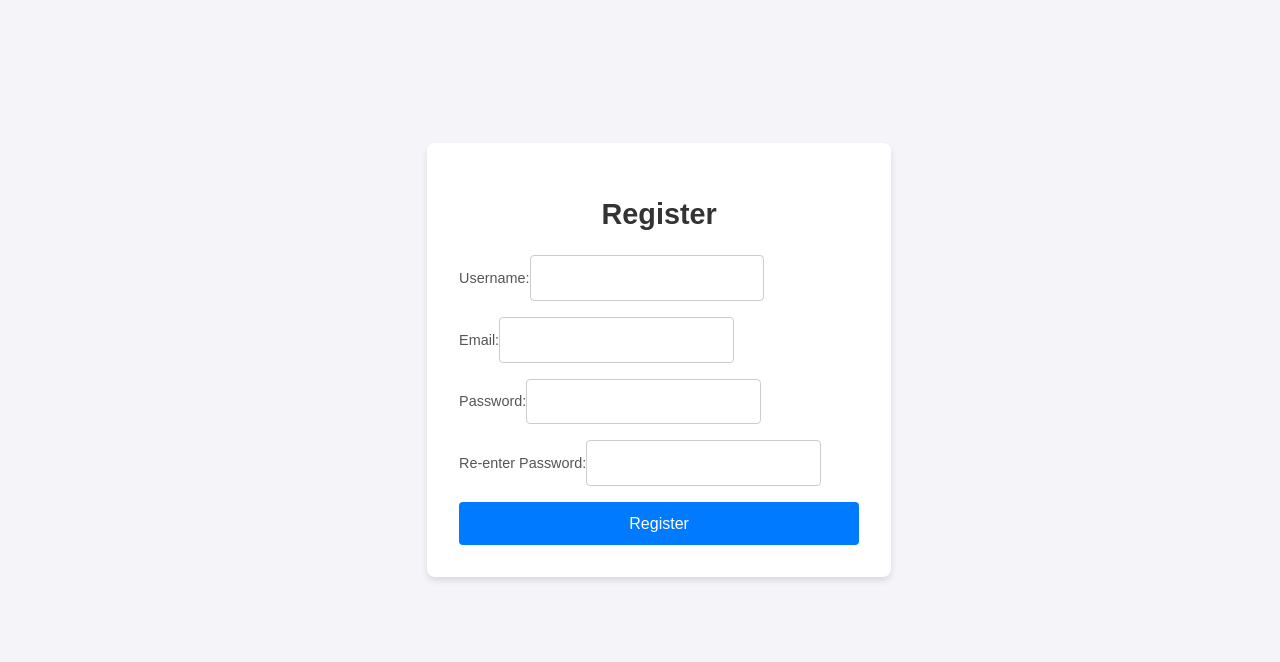
Repository: Nuttawut-Amattong/outtrip
Page: /register (app in OutTrip/)
An editor plug-in stored every save of this project. The page is shown before and after a run of saves, followed by the edit.
The browser window is 1280 px wide. The pictures show the whole page.
The project was rebuilt for these pictures with package versions that can differ from the ones it lists, and the page was loaded fresh each time. Also part of the build but not shown: OutTrip/vite.config.js, OutTrip/src/pages/Login.jsx.

Above is the page before, as saved 2025-05-18 22:44:06.

After the next 3 saves:
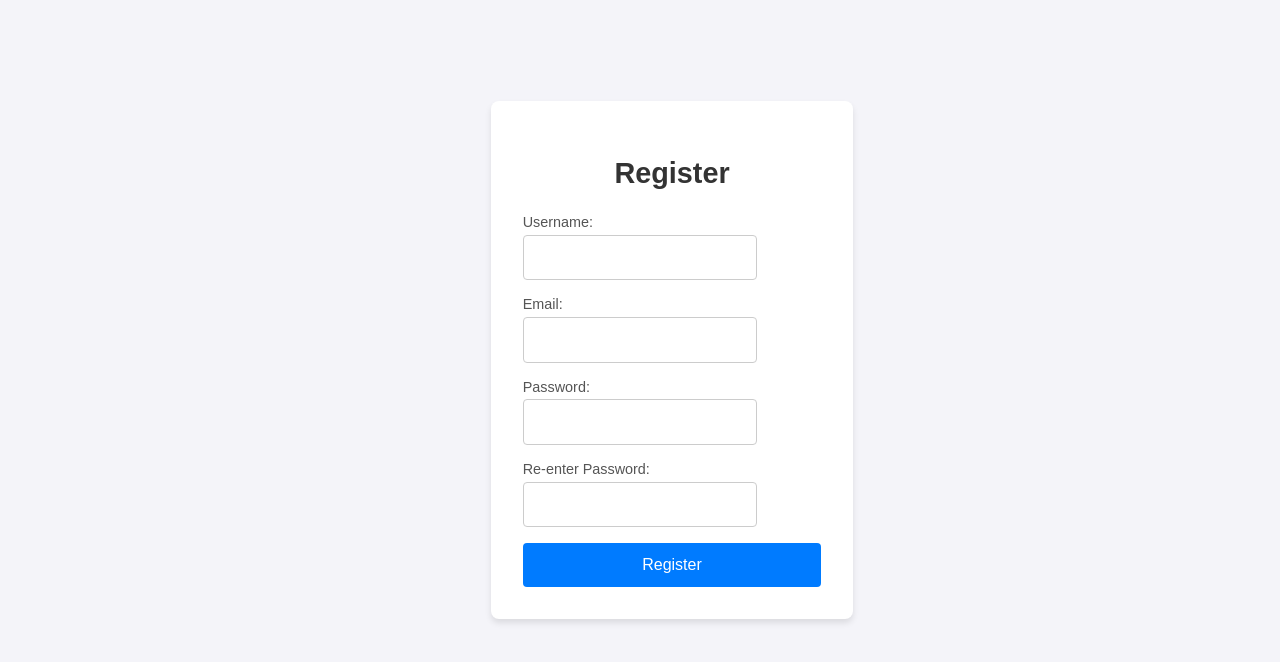
The 3 saves are shown as one change because they came seconds apart.
The last was saved 52 s later.
--- a/OutTrip/src/CSS/register.css
+++ b/OutTrip/src/CSS/register.css
@@ -32,8 +32,9 @@ body {
 
 .register-container label {
     font-size: 0.9rem;
-    margin-bottom: 0.5rem;
+    margin-bottom: 0.3rem;
     color: #555555;
+    display: block;
 }
 
 .register-container input[type="text"],
